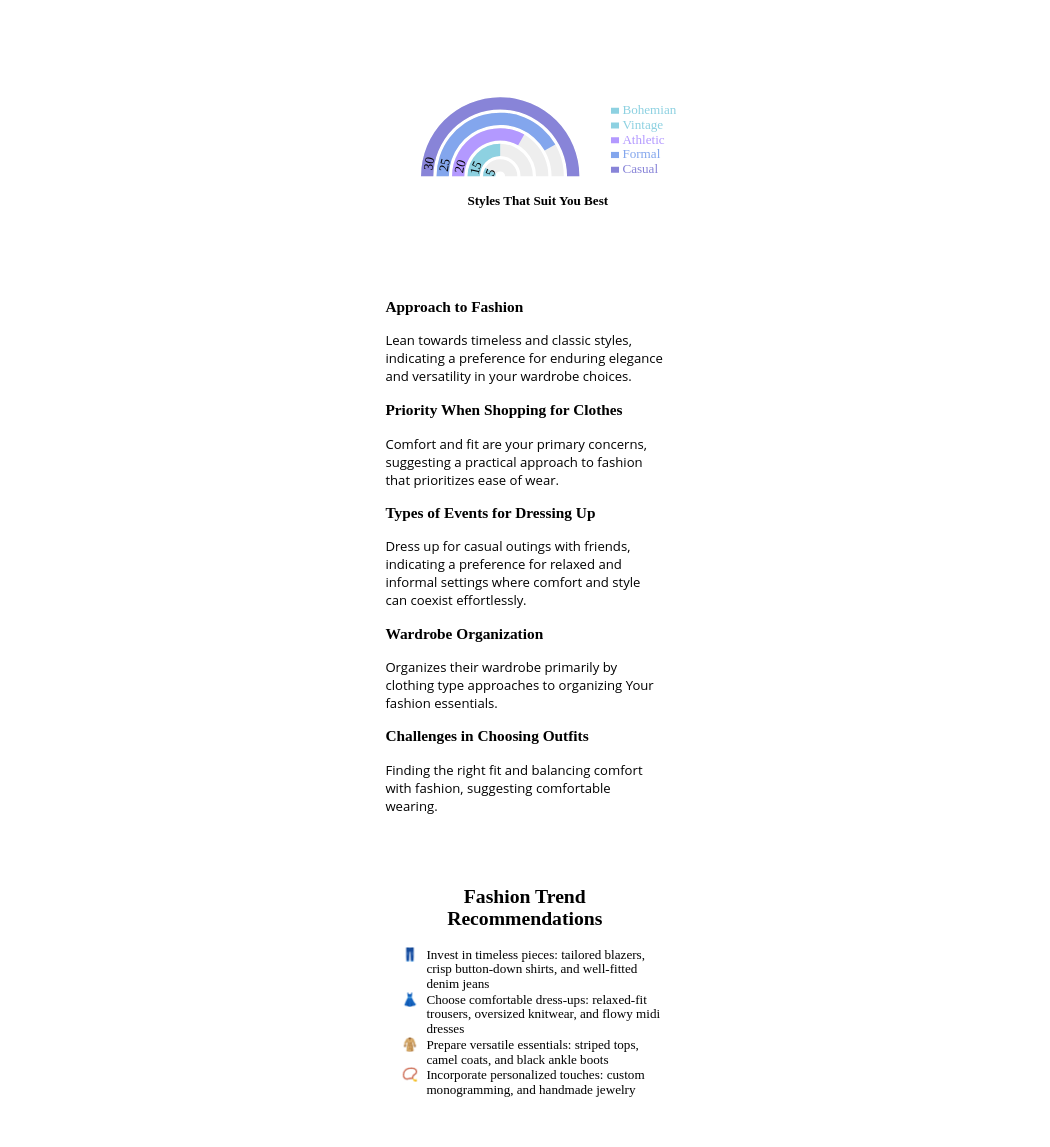
Repository: navnneett/clotho
Page: /QuizQuestions/Chart
An editor plug-in stored every save of this project. The page is shown before and after the next save, followed by the edit.
The browser window is 1280 px wide. The pictures show the whole page, at 82% of full size.
The project was rebuilt for these pictures with package versions that can differ from the ones it lists, and the page was loaded fresh each time. The framework's server and built-in components were replaced by stand-ins that run in the browser. Also part of the build but not shown: next.config.js, next.config.mjs, components/Button/Button.module.css, components/Button/index.js.

Above is the page before, as saved 2024-04-15 15:15:50.

After the next save:
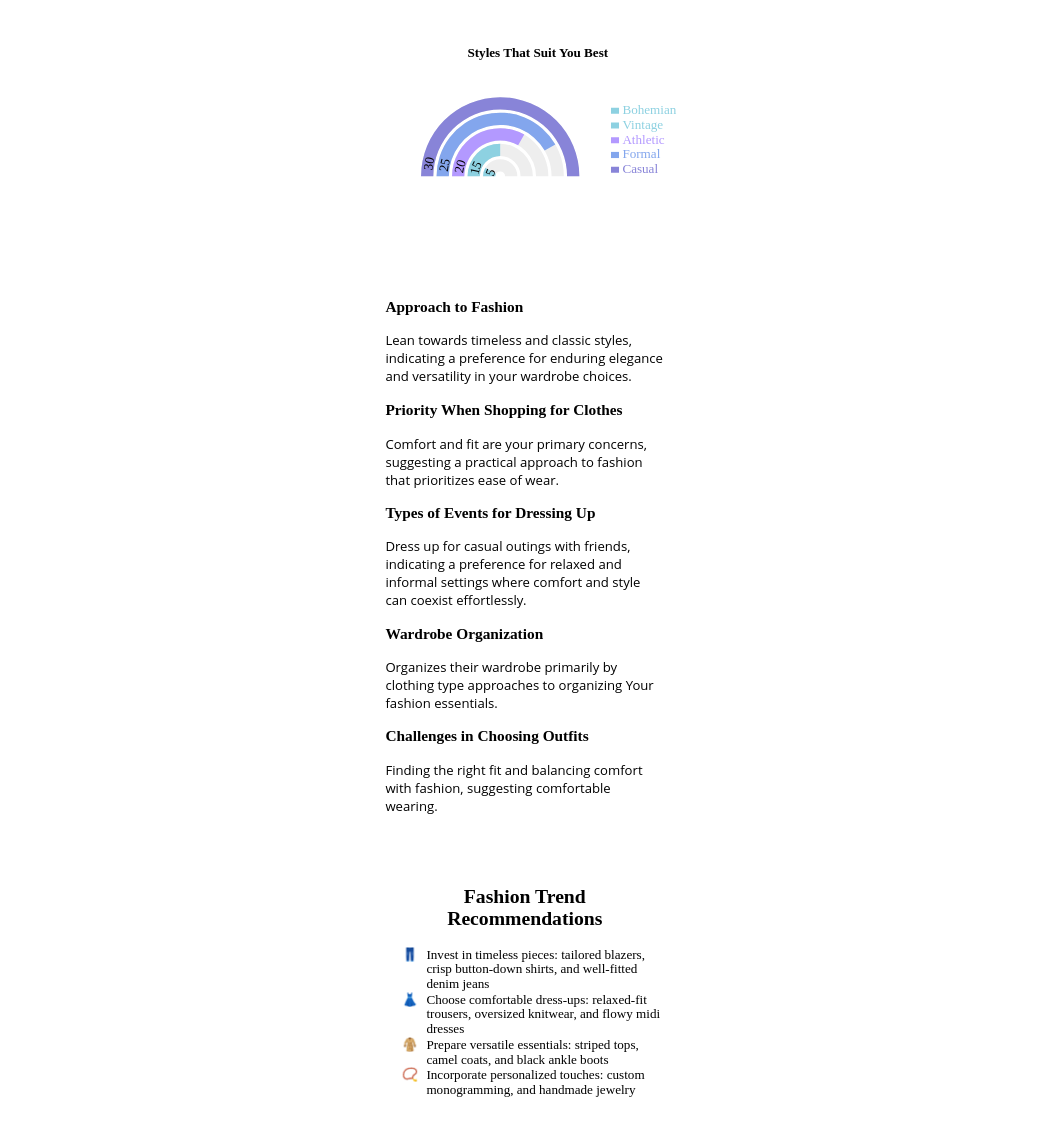
Saved 56 s later.
--- a/styles/Chart.module.css
+++ b/styles/Chart.module.css
@@ -69,6 +69,6 @@
 
 .chartTitle {
     position: absolute;
-    top: 170px;
+    top: -10px;
     left: 100px;
 }
